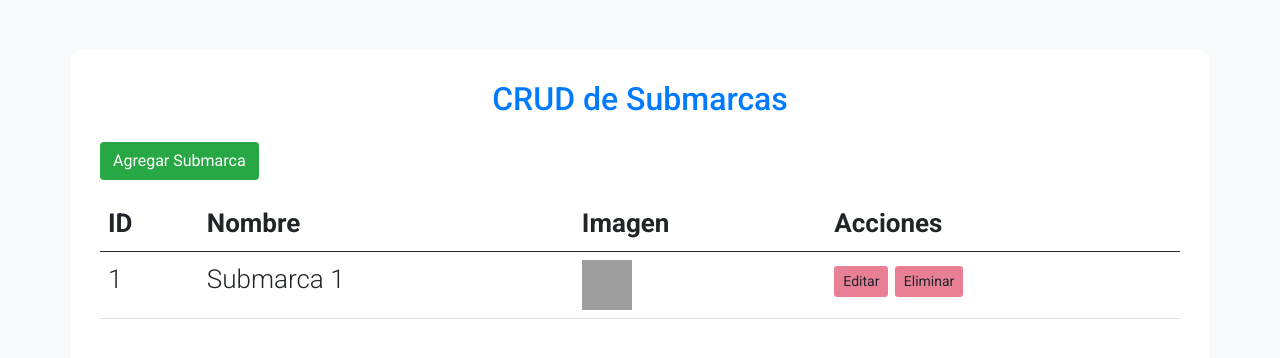
Repository: Yaqode/front-fama
Page: http://localhost/multimedia/Views/marcas.php
An editor plug-in stored every save of this project. The page is shown before and after the next save, followed by the edit.
The browser window is 1280 px wide. The pictures show the whole page.
Pictures or frames that could not be fetched are drawn as grey boxes. The page is run by PHP 8.4 with error messages shown; the project is at /var/www/html/.

Above is the page before, as saved 2023-12-06 21:01:45.

After the next save:
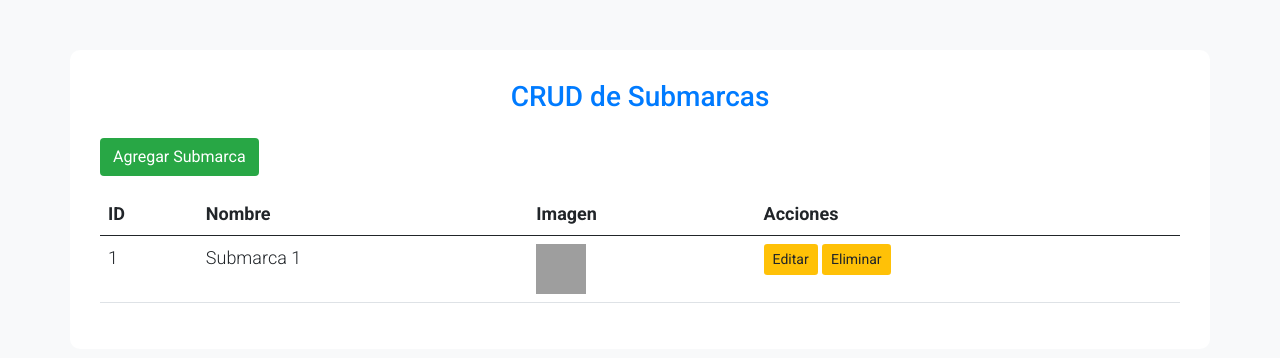
Saved 6 min 21 s later.
--- a/Views/marcas.php
+++ b/Views/marcas.php
@@ -19,6 +19,7 @@
 <style>
         body {
             background-color: #f8f9fa;
+            font-family: 'Georgia', serif;
         }
 
         .container {
@@ -31,6 +32,7 @@
         h2 {
             text-align: center;
             color: #007bff;
+            font-size: 28px;
         }
 
         .btn-agregar {
@@ -39,14 +41,15 @@
         }
 
         .btn-editar, .btn-eliminar {
-            background-color: #E87F95;
+            background-color: #ffc107;
             color: #212529;
         }
+
         /* Aumentar el tamaño de la letra en la tabla */
         table {
-            font-size: 26px;
+            font-size: 18px;
         }
-</style>
+    </style>
 
 <body>
 
